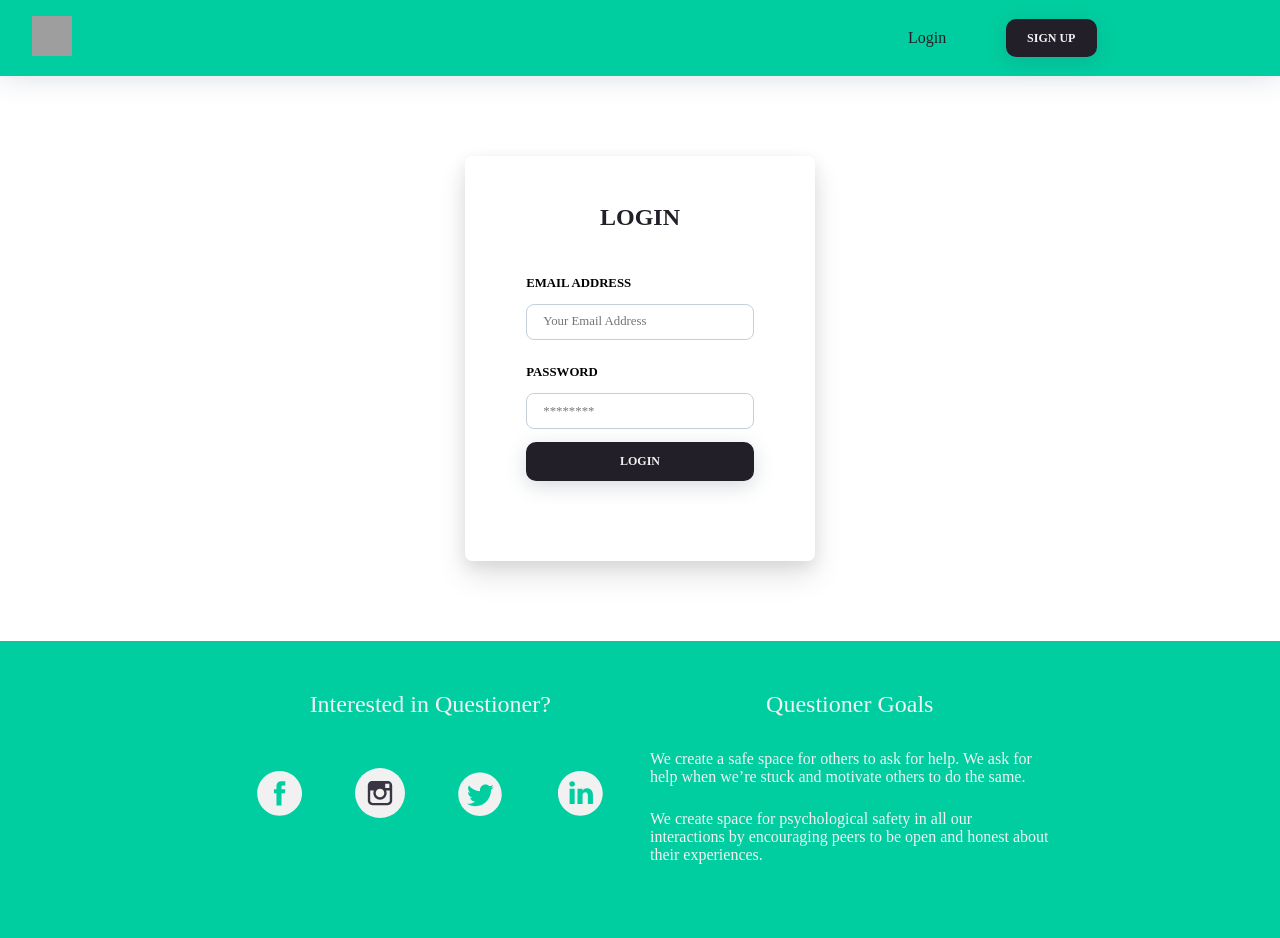
Repository: Gfreedoms/Epic-Mail
Page: pages/login.html
These files come from the project's save history. The page is drawn as it stood at one moment and after the next save; the edit follows.
The browser window is 1280 px wide. The pictures show the whole page.
Pictures or frames that could not be fetched are drawn as grey boxes. Some web fonts or font styles are not loaded; a fallback is used.

Above is the page before, as saved 2019-02-25 09:42:06.

### pages/login.html
<!DOCTYPE html>
<html lang="en">

<head>
	<meta charset="UTF-8">
	<meta name="viewport" content="width=device-width, initial-scale=1.0">
	<meta http-equiv="X-UA-Compatible" content="ie=edge">
	<link rel="apple-touch-icon" sizes="180x180" href="../assets/favicon/apple-touch-icon.png">
	<link rel="icon" type="image/png" sizes="32x32" href="../assets/favicon/favicon-32x32.png">
	<link rel="icon" type="image/png" sizes="16x16" href="../assets/favicon/favicon-16x16.png">
	<link rel="manifest" href="../assets/favicon/site.webmanifest">
	<link rel="mask-icon" href="../assets/favicon/safari-pinned-tab.svg" color="#5bbad5">
	<meta name="msapplication-TileColor" content="#da532c">
	<meta name="theme-color" content="#ffffff">
	<link rel="stylesheet" href="../styles/base.css">
	<link rel="stylesheet" href="../styles/format.css">
	<title>Login | EPIC MAIL - ANDELA BOOTCAMP</title>
</head>

<body>
	<!-- Navigation Section Starts -->
	<section id="navigation">
		<nav class="navbar">
			<a href="../" id="nav-brand">
				<img src="../assets/imgs/logo.svg" alt="">
			</a>
			<ul class="nav-menu">
				<li class="visibility"><a class="hover-t" href="./meetup.html">Meetups</a></li>
				<li class="visibility"><a class="hover-t" href="./questions.html">Questions</a></li>
				<li><a class="hover-t" href="./login.html">Login</a></li>
				<li><a class="reg-btn box-sh-dark hover-lg" href="./register.html">Sign Up</a></li>
			</ul>
			<a id="menu" href="">
				<img src="../assets/imgs/menu.svg" alt="">
			</a>
		</nav>
	</section>
	<!-- Navigation Section Ends -->

	<!-- SideBar Nav -->
	<ul id="sidebar" class="navbar-side side-hidden">
		<li><a href="./meetup.html">Meetups</a></li>
		<li><a href="./questions.html">Questions</a></li>
		<li><a href="./login.html">Login</a></li>
		<li><a class="" href="./register.html">SignUp</a></li>
	</ul>
	<!-- End SideBar Nav -->

	<div class="container">
		<div id="login-form" class="card mauto m4 p3">
			<form action="/" method="POST">
				<div class="container">
					<h3 class="md-text">Login</h3>
					<div class="m1 input">
						<label class="m1" for="name">Email Address</label>
						<input class="p1 b-rsm" type="text" name="email" placeholder="Your Email Address">
					</div>
					<div class="m1 input">
						<label class="m1" for="name">Password</label>
						<input class="p1 b-rsm" type="password" name="password" placeholder="********">
					</div>
					<div class="m2 input">
						<a class="reg-btn box-sh-dark hover-lg" href="./admin/profile.html">Login</a>
					</div>
				</div>
			</form>
		</div>
	</div>

	<footer class="bg-secondary">
		<div class="container">
			<div class="info-about">
				<h3 class="md-text">Interested in Questioner?</h3>
				<div class="social-links">
					<a href="#!"><img src="../assets/imgs/icons/facebook.svg" alt=""></a>
					<a href="#!"><img src="../assets/imgs/icons/instagram.svg" alt=""></a>
					<a href="#!"><img src="../assets/imgs/icons/twitter.svg" alt=""></a>
					<a href="#!"><img src="../assets/imgs/icons/linkedin.svg" alt=""></a>
				</div>
			</div>
			<div class="additional-info">
				<h3 class="md-text">Questioner Goals</h3>
				<p class="sm-text">
					We create a safe space for others to ask for help.
					We ask for help when we’re stuck and motivate others to do the same.
				</p>
				<p class="sm-text">
					We create space for psychological safety in all our interactions by encouraging peers to be open and honest about
					their experiences.
				</p>
			</div>
		</div>
	</footer>
	<script src="../scripts/index.js"></script>
</body>

</html>

### styles/base.css
@import url('./fonts.css');

* {
	margin: 0;
	padding: 0;
	box-sizing: border-box;
}

a {
	color: #221F28;
	text-decoration: none;
}

#navigation {
	z-index: 1;
	background: #00cea0;
	/* background: #F1F1F2; */
	width: 100%;
	height: auto;
	padding: 1rem 2rem;
	box-shadow: 0 0 30px rgba(7, 51, 84, .17);
	-webkit-box-shadow: 0 0 30px rgba(7, 51, 84, .17);
	-moz-box-shadow: 0 0 30px rgba(7, 51, 84, .17);
}

#nav-brand img {
    height: 40px;
    width: 40px;
}

.navbar {
	display: grid;
	grid-template-columns: 20% 40%;
	grid-gap: 30%;
	align-items: center;
}

.navbar-side {
	height: 100%;
	background: #F1F1F2;
	position: absolute;
	z-index: 9999;
	width: 350px;
	/* box-shadow: 9px -1px 29px 1px; */
	box-shadow: 13px 0px 22px -10px rgba(35, 31, 41, 0.44);
	padding: 20px;
	list-style-type: none;
}

.navbar-side li {
	padding: 20px 10px;
}

.navbar-side li:hover {
	background: #221F28;
	color: #F1F1F2;
}

.navbar-side li:hover>a {
	color: #F1F1F2;
}

.navbar-side a {
	font-family: 'Circular-Book';
}

.navbar-side a:hover {
	color: #F1F1F2;
}

.side-hidden {
	margin-left: -390px;
	transition: all 0.3s ease-out;
}

.side-active {
	margin-left: 0px;
	transition: all 0.3s ease-in;
}

.nav-menu {
	list-style-type: none;
	display: flex;
	align-items: center;
}

.nav-menu li {
	justify-content: center;
	flex: auto;
	display: flex;
}

.nav-menu a {
	text-decoration: none;
}

.reg-btn {
	background: #221F28;
	color: #F1F1F2;
	padding: 0.8rem 1.2rem;
	line-height: 9px;
	font-weight: 600;
	text-transform: uppercase;
	font-size: 12px;
	border-radius: 10px;
	-webkit-border-radius: 10px;
	-moz-border-radius: 10px;
	display: block;
	transition: all .5s ease;
	-webkit-transition: all .5s ease;
	-moz-transition: all .5s ease;
	border: 2px solid #221F28;
}

.btn {
	background: #221F28;
	color: #F1F1F2;
	padding: 1.5rem 1rem;
	line-height: 9px;
	font-weight: 600;
	text-transform: uppercase;
	font-size: 1.5rem;
	border-radius: 10px;
	-webkit-border-radius: 10px;
	-moz-border-radius: 10px;
	display: block;
	transition: all .5s ease;
	-webkit-transition: all .5s ease;
	-moz-transition: all .5s ease;
	border: 2px solid #221F28;
	text-align: center;
}

.cta-btn {
	background: #F1F1F2;
	color: #221F28;
	font-family: 'Circular-Bold';
	margin: 2rem 0;
	padding: 0.8rem 1.2rem;
	line-height: 2rem;
	font-size: 2rem;
	font-weight: 600;
	text-transform: uppercase;
	font-size: 1rem;
	border-radius: 10px;
	-webkit-border-radius: 10px;
	-moz-border-radius: 10px;
	transition: all .5s ease;
	-webkit-transition: all .5s ease;
	-moz-transition: all .5s ease;
	border: 2px solid #F1F1F2;
}

.btn.sm {
	width: 40%
}

.box-sh-dark {
	-webkit-box-shadow: 0 5px 20px rgba(51, 73, 90, .2);
	box-shadow: 0 5px 20px rgba(51, 73, 90, .2);
}

#section-hero {
	padding-top: 130px;
	padding-bottom: 130px;
	background-color: #393541;
	background-image: url("data:[embedded picture, 478 characters]");
	background-attachment: fixed;
	background-size: cover;
	background-repeat: no-repeat;
	background-position: 50%;
	min-height: 600px;
	position: relative;
	width: 100%;
	display: flex;
	align-items: CENTER;
}

/* @media screen and (max-width:1680px) {} */

@media screen and (min-width: 1680px) {
	.rsvp span {
		padding: 1rem 1.4rem !important;
		color: white !important;
		border-radius: 6px !important;
		cursor: pointer !important;
	}

	.nav-menu a.hover-t {
		font-size: 1.7rem !important;
	}

	.meetups span {
		font-size: 1.4rem !important;
	}

	.m1 {
		margin-top: 3rem !important;
		margin-bottom: 0.6rem !important;
	}

	#section-hero {
		background-position: 50%;
	}

	.nav-menu a.hover-t {
		font-size: 1.3rem;
	}

	.nav-menu a {
		text-decoration: none;
		font-size: 1.1rem;
	}

	.reg-btn {
		padding: 1.5rem 1.6rem 1.5rem;
	}

	.bg-text {
		font-size: 4rem !important;
	}

	.md-text {
		font-size: 2.2rem !important;
		margin-bottom: 1rem !important;
	}

	.sm-text {
		font-size: 1.5rem !important;
	}
}

.container {
	width: 75%;
	margin: 0 auto;
}

.w-sm {
	width: 80% !important;
}

.w-md {
	width: 60% !important;
}

.w-lg {
	width: 40% !important;
}

.hero-text {
	height: 100%;
}

.bg-text,
.md-text,
.sm-text {
	color: #F1F1F2;
}

.bg-text {
	margin-bottom: 1.5rem;
	font-family: 'Circular-Bold';
	font-weight: 700;
	font-size: 3rem;
}

.md-text {
	margin-bottom: 2rem;
	font-family: 'Circular-Book';
	font-weight: 400;
	font-size: 1.5rem;
}

.sm-text {
	margin-bottom: 1.5rem;
	font-family: 'Circular-Light';
	font-weight: 400;
	font-size: 1rem;
}

.info-section,
.info-platform,
.info-expl {
	padding: 3rem 0;
	min-height: 50%;
}

.info-section,
.info-expl {
	background: #F1F1F2;
}

.info-platform {
	background: #C5CFD9;
}

.info-section .container,
.info-platform .container,
.info-expl .container {
	display: grid;
	grid-template-columns: 1fr 1fr;
	/* padding: 50px; */
}

.side {
	margin-top: 2rem;
	margin-bottom: 2rem;
	position: relative;
}

.info-section p,
.info-section h3,
.info-platform p,
.info-platform h3,
.info-expl p,
.info-expl h3 {
	color: #221F28;
}

.bg-primary {
	background: #221F28;
}

.bg-secondary {
	background: #00cea0;
}

.info-desc {
	flex: 1;
	align-items: center;
	display: flex;
	flex-direction: column;
	justify-content: center;
}

.info-action {
	text-align: center;
}

.card {
	border-radius: .45rem;
	background: #ffffff;
	box-shadow: 0 15px 30px 0 rgba(0, 0, 0, .11), 0 5px 15px 0 rgba(0, 0, 0, .08);
}

.card-lg {
	border-radius: .25rem;
	background: #ffffff;
	box-shadow: 0 15px 30px 0 rgba(0, 0, 0, .11), 0 5px 15px 0 rgba(0, 0, 0, .08);
}

.mauto {
	margin-left: auto;
	margin-right: auto;
}

.m4 {
	margin-top: 5rem;
	margin-bottom: 5rem;
}

.m3 {
	margin-top: 3rem;
	margin-bottom: 3rem;
}

.m2 {
	margin-top: 2rem;
	margin-bottom: 2rem;
}

.m1 {
	margin-top: 0.6rem;
	margin-bottom: 0.6rem;
}

.p4 {
	padding-top: 5rem;
	padding-bottom: 5rem;
}

.p3 {
	padding-top: 3rem;
	padding-bottom: 3rem;
}

.p2 {
	padding-top: 2rem;
	padding-bottom: 2rem;
}

.p1 {
	padding-top: 0.6rem;
	padding-bottom: 0.6rem;
}

.t-al {
	text-align: center !important;
}

form label {
	font-weight: 600;
	text-transform: uppercase;
	font-size: 0.8rem;
	font-family: 'Circular-Book';
}

form .reg-btn {
	text-align: center;
}

#login-form {
	width: 350px;
}

#login-form h3,
#q-wrapper h3 {
	color: #221F28;
	text-transform: uppercase;
	font-weight: 800;
	text-align: center;
	/* border-bottom: 4px solid #221F28; */
}

.input {
	display: grid;
	grid-template-columns: 1fr;
	margin-top: 10px;
}

.input input {
	padding-left: 1rem;
	padding-right: 1rem;
	font-family: 'Circular-Light';
	font-size: 0.8rem;
	border: 1px solid #C5CFD9;
	background: #ffffff;
}

.input textarea {
	padding-left: 1rem;
	padding-right: 1rem;
	font-family: 'Circular-Light';
	font-size: 0.8rem;
	border: 1px solid #C5CFD9;
	background: #ffffff;
}

.input select {
	border: 1px solid #C5CFD9;
	padding: 0.4rem 0.5rem;
	height: 2rem;
}

.b-rsm {
	border-radius: 8px;
}

#menu {
	display: none;
}

#menu img {
	height: 30px;
}

img {
	height: 15rem;
	width: auto;
}

footer {
	padding: 50px 10px;
}

footer .container {
	display: grid;
	grid-template-columns: 1fr 1fr;
	/* margin-bottom: 50px; */
	grid-gap: 20px;
}

footer h3 {
	/* padding-bottom: 1rem; */
	/* border-bottom: 4px solid #F1F1F2; */
	text-align: center;
}

.social-links {
	display: grid;
	grid-template-columns: 1fr 1fr 1fr 1fr;
	margin-top: 50px;
}

.social-links img {
	height: 50px;
}

.social-links a {
	text-align: center;
}

.info-about h3 {
	margin-bottom: 0 !important;
}

.b-danger {
	background: #F01D43 !important;
}

.b-mild {
	background: #80808094 !important;
	color: #ffffff !important;
}

.b-success {
	background: #00cea0 !important;
}

.b-wicked {
	background: #ff003b !important;
}

/*
.b-wicked {
	background: #6a1b9a !important;
} */

.header {
	display: grid;
	grid-template-columns: 1fr 1fr;
	align-items: center;
}

.hover-t:hover {
	color: purple;
}

.hover-lg:hover {
	cursor: pointer;
	transform: scale(1.009, 1.009);
	-webkit-box-shadow: 2px 2px 20px 0px rgba(128, 128, 128, 0.74);
	-moz-box-shadow: 2px 2px 20px 0px rgba(128, 128, 128, 0.74);
	box-shadow: 2px 2px 20px 0px rgba(128, 128, 128, 0.74);
	transition: all 0.8s cubic-bezier(0.165, 0.84, 0.44, 1);
}

.visibility {
	visibility: hidden;
}

/* MEDIA QUERIES */
@media all and (max-width: 850px) {
	.navbar {
		grid-template-columns: 20% 60%;
		grid-gap: 20%;
	}
}

@media all and (max-width: 850px) {
	.nav-menu {
		display: none;
	}

	#menu {
		display: block;
		text-align: right;
	}
}

@media all and (max-width: 1050px) {
	.navbar {
		grid-template-columns: 20% 60%;
		grid-gap: 20%;
	}
}

@media all and (max-width: 350px) {
	img {
		height: 12rem;
		width: auto;
	}

	.social-links img {
		height: 40px;
	}
}

@media all and (max-width: 670px) {
	.social-links {
		margin-top: 25px;
	}

	.info-about {
		margin-bottom: 25px;
	}

	.nav-menu {
		flex-wrap: wrap;
	}

	.nav-menu>li {
		flex-basis: 50%;
	}

	.info-section .container,
	.info-platform .container,
	.info-expl .container {
		grid-template-columns: 1fr;
	}

	footer .container {
		grid-template-columns: 1fr;
		grid-gap: 10px;
	}
}

@media all and (max-width: 400px) {
	.nav-menu>li {
		flex-basis: 100%;
	}

	.intro a {
		width: 100% !important;
	}

	.btn {
		background: #221F28;
		color: #F1F1F2;
		padding: 0.8rem 1rem;
		line-height: 9px;
		font-weight: 600;
		text-transform: uppercase;
		font-size: 1rem;
		border-radius: 10px;
	}
}

@media all and (min-width: 576px) {
	.hide-lg {
		display: none !important;
	}
}

@media all and (max-width: 576px) {
	.hide-sm {
		display: none !important;
	}
}

@media all and (max-width: 450px) {
	.container {
		width: 80%;
	}

	#login-form {
		width: auto;
	}
}

@media all and (max-width: 400px) {
	.hero-text {
		top: 40%;
		width: 70%;
		left: 10%;
	}

	.md-text {
		font-family: 'Circular-Book';
		margin-bottom: 1rem;
		font-weight: 100;
		font-size: 1.2rem;
	}

	form label {
		font-family: 'Circular-Light';
	}

	.f-bold {
		font-family: 'Circular-Book' !important;
	}

	.bg-text {
		margin-bottom: 1.3rem;
		font-family: 'Circular-Book';
		font-weight: 400;
		font-size: 2rem;
	}

	.cta-btn {
		font-size: 0.7rem;
		padding: 0.4rem 1rem;
	}
}

@media (min-width: 576px) {
	.w-auto {
		width: 75% !important;
	}

	.container {
		width: 85%;
	}
}

@media (min-width: 768px) {
	.w-auto {
		width: 40% !important;
	}

	.container {
		width: 85%;
	}
}

@media (min-width: 992px) {
	.w-auto {
		width: 35% !important;
	}

	.container {
		width: 70%;
	}
}

@media (min-width: 1200px) {
	.w-auto {
		width: 40% !important;
	}

	.container {
		width: 65%;
	}
}

/* END MEDIA QUERIES */

### styles/format.css
.is-danger {
	color: red;
}

.divider {
	height: 0.2rem;
	background: #221F28;
	opacity: 0.1;
	margin: 1rem auto;
	width: 100%;
}

table {
	width: 750px;
	border-collapse: collapse;
	margin: 50px auto;
}

/* Zebra striping */
tr:nth-of-type(odd) {
	background: #eee;
}

th {
	background: #221F28;
	color: white;
	font-weight: bold;
}

td,
th {
	padding: 10px;
	border: 1px solid #ccc;
	text-align: left;
	font-size: 18px;
}

@media only screen and (max-width: 760px),
(min-device-width: 768px) and (max-device-width: 1024px) {

	table {
		width: 100%;
	}

	/* Force table to not be like tables anymore */
	table,
	thead,
	tbody,
	th,
	td,
	tr {
		display: block;
	}

	thead tr {
		position: absolute;
		top: -9999px;
		left: -9999px;
	}

	tr {
		border: 1px solid #ccc;
	}

	td {
		border: none;
		border-bottom: 1px solid #eee;
		position: relative;
		padding-left: 50%;
	}

	td:before {
		position: absolute;
		/* Top/left values mimic padding */
		top: 6px;
		left: 6px;
		width: 45%;
		padding-right: 10px;
		white-space: nowrap;
		/* Label the data */
		content: attr(data-column);

		color: #000;
		font-weight: bold;
	}

	tbody tr {
		padding: 1rem;
	}
}

.m1 {
	margin-top: 0.8rem !important;
	margin-bottom: 0.8rem !important;
}

.pagination {
	text-align: center;
	margin: 2rem auto;
}

.pagination span {
	padding: 10px;
	border-radius: 2px;
	font-family: 'Circular-Book';
	font-weight: 600;
	font-size: 1rem;
	margin: 0 5px;
}

@media screen and (min-width: 1680px) {
	.reg-btn {
		padding: 1.5rem 1.6rem 1.5rem;
		font-size: 1rem;
	}

	.input {
		margin-top: 2rem;
	}

	.nav-menu a.hover-t {
		font-size: 1.4rem !important;
	}
}

### scripts/index.js
(function () {
  function togggleSidebar(e) {
    e.preventDefault();
    const sideBar = document.getElementById('sidebar');
    sideBar.classList.toggle('side-active');
    sideBar.classList.toggle('side-hidden');
  }
  const menu = document.getElementById('menu');
  menu.addEventListener('click', togggleSidebar, false);
}());

### styles/fonts.css
@font-face {
	font-family: "Circular-Light";
	src:
		url("../assets/fonts/Circular-Light.woff") format("woff");
}
@font-face {
	font-family: "Circular-Book";
	src:
		url("../assets/fonts/Circular-Book.woff") format("woff");
}
@font-face {
	font-family: "Circular-Bold";
	src:
		url("../assets/fonts/Circular-Bold.woff") format("woff");
}

* {
	font-family: 'Circular-Light';
}

After the next save:
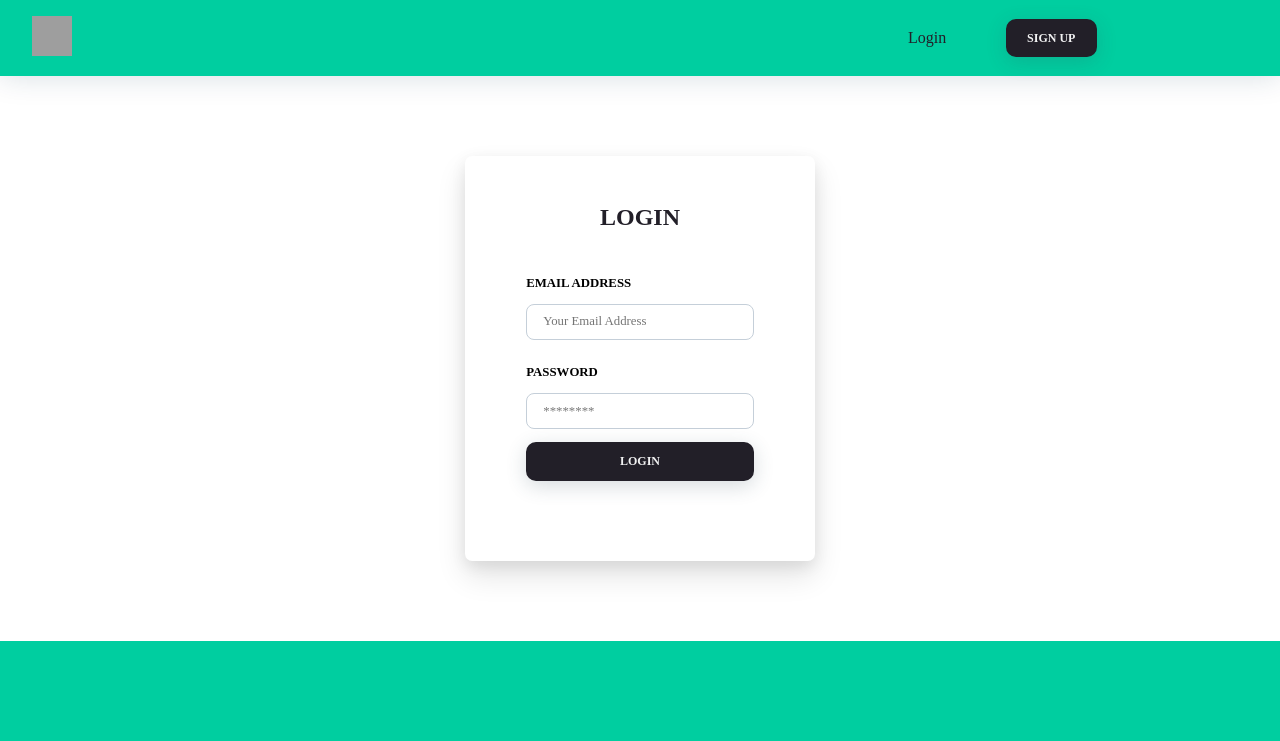
Saved 64 min 26 s later.
--- a/pages/login.html
+++ b/pages/login.html
@@ -68,29 +68,7 @@
 	</div>
 
 	<footer class="bg-secondary">
-		<div class="container">
-			<div class="info-about">
-				<h3 class="md-text">Interested in Questioner?</h3>
-				<div class="social-links">
-					<a href="#!"><img src="../assets/imgs/icons/facebook.svg" alt=""></a>
-					<a href="#!"><img src="../assets/imgs/icons/instagram.svg" alt=""></a>
-					<a href="#!"><img src="../assets/imgs/icons/twitter.svg" alt=""></a>
-					<a href="#!"><img src="../assets/imgs/icons/linkedin.svg" alt=""></a>
-				</div>
-			</div>
-			<div class="additional-info">
-				<h3 class="md-text">Questioner Goals</h3>
-				<p class="sm-text">
-					We create a safe space for others to ask for help.
-					We ask for help when we’re stuck and motivate others to do the same.
-				</p>
-				<p class="sm-text">
-					We create space for psychological safety in all our interactions by encouraging peers to be open and honest about
-					their experiences.
-				</p>
-			</div>
-		</div>
-	</footer>
+
 	<script src="../scripts/index.js"></script>
 </body>
 
